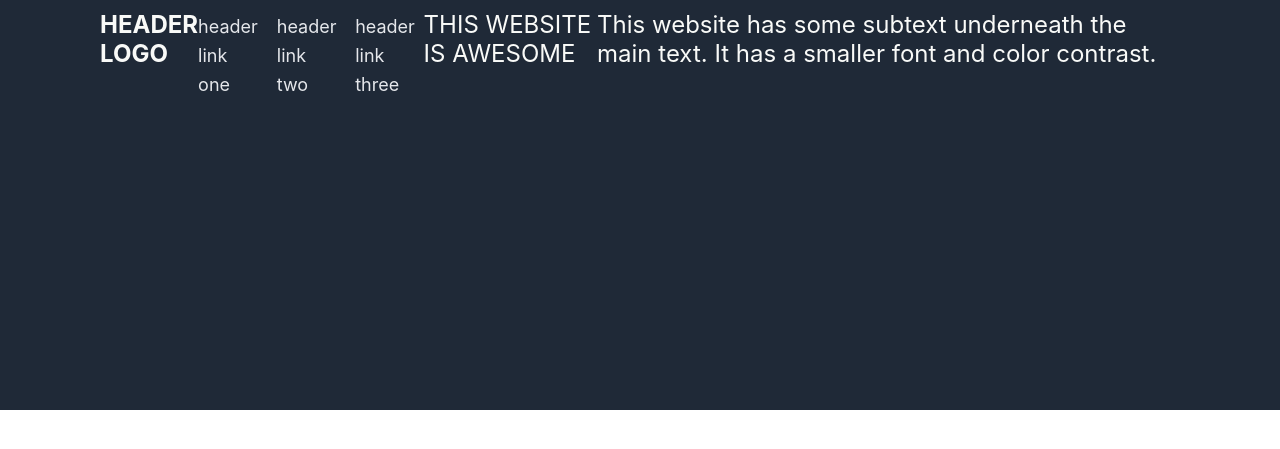
Repository: bbrockbrown/landing-page
Page: index.html
An editor plug-in stored every save of this project. The page is shown before and after the next save, followed by the edit.
The browser window is 1280 px wide. The pictures show the whole page.

Above is the page before, as saved 2024-07-24 11:37:10.

After the next save:
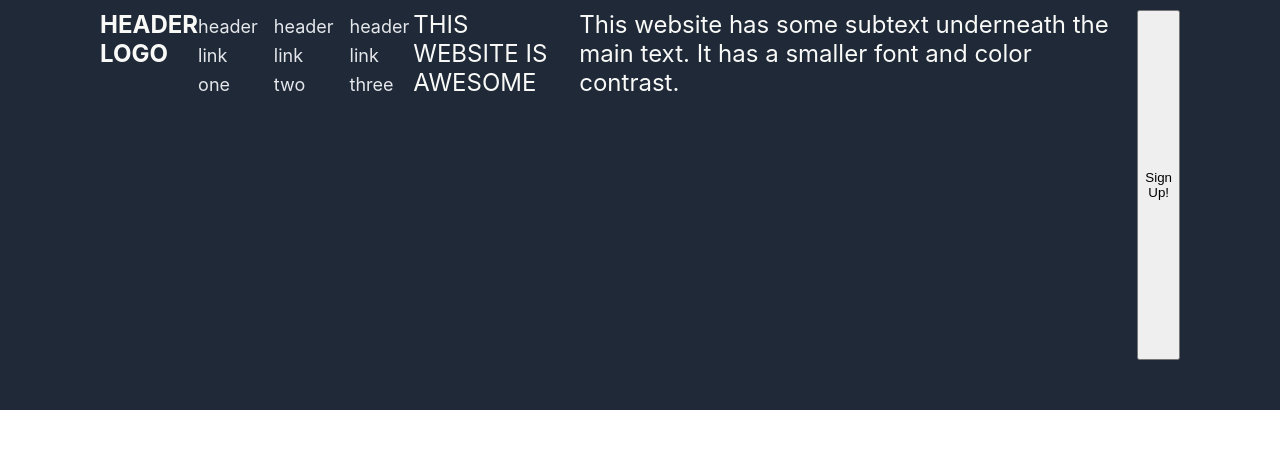
Saved 21 s later.
--- a/index.html
+++ b/index.html
@@ -26,6 +26,7 @@
                 This website has some subtext underneath the main text.
                 It has a smaller font and color contrast.
             </div>
+            <button>Sign Up!</button>
         </div>
     </div>
 
